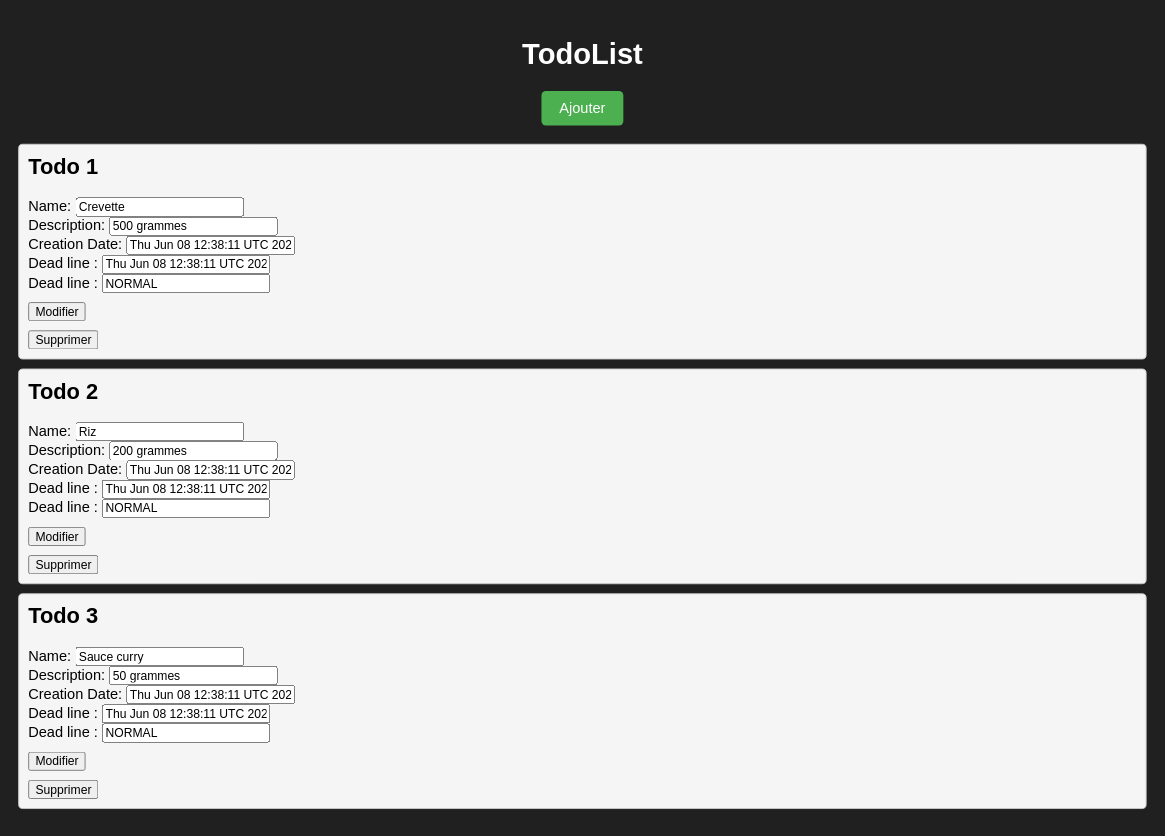
Repository: HugoGit-Hub/TodoList
Page: http://localhost/todo-list/TodoList
An editor plug-in stored every save of this project. The page is shown before and after the next save, followed by the edit.
The browser window is 1280 px wide. The pictures show the whole page, at 91% of full size.
The page is served by Tomcat 9.

Above is the page before, as saved 2023-06-08 17:17:34.

After the next save:
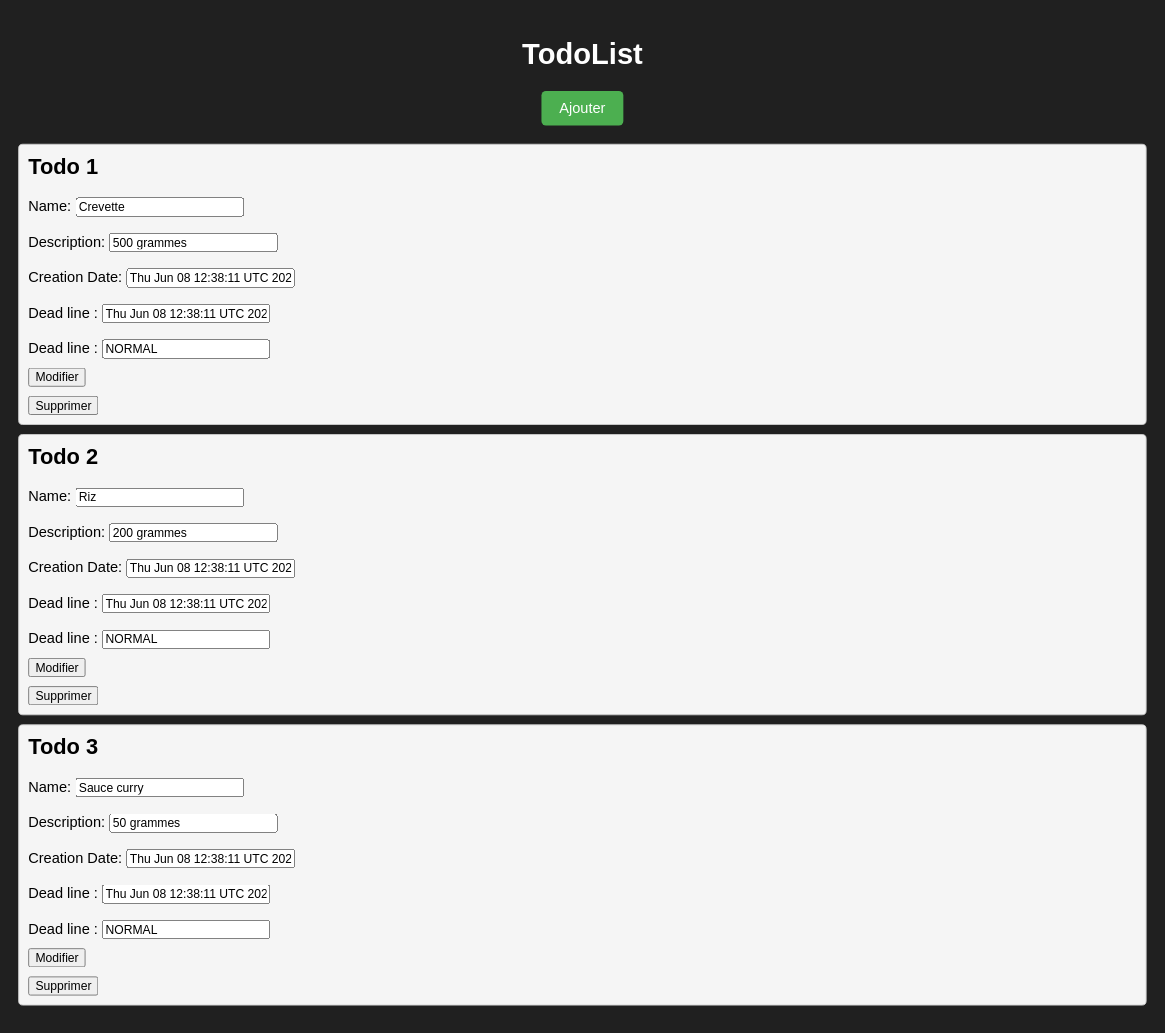
Saved 14 s later.
--- a/todo-list/src/main/webapp/jsp/todoList.jsp
+++ b/todo-list/src/main/webapp/jsp/todoList.jsp
@@ -29,16 +29,16 @@
 							<input type="text" id="id" name="id" value="${todo.getId()}" hidden="true">
 
 							<label for="name">Name:</label>
-							<input type="text" id="name" name="name" value="${todo.getName()}"><br/>
+							<input type="text" id="name" name="name" value="${todo.getName()}"><br/><br/>
 
 					 		<label for="description">Description:</label>
-							<input type="text" id="description" name="description" value="${todo.getDescription()}"><br/>
+							<input type="text" id="description" name="description" value="${todo.getDescription()}"><br/><br/>
 
 							<label for="creationDate">Creation Date:</label>
-							<input type="text" id="creationDate" name="creationDate" value="${todo.getCreationDate()}"><br/>
+							<input type="text" id="creationDate" name="creationDate" value="${todo.getCreationDate()}"><br/><br/>
 
 							<label for="deadLine">Dead line :</label>
-							<input type="text" id="deadLine" name="deadLine" value="${todo.getDeadLine()}"><br/>
+							<input type="text" id="deadLine" name="deadLine" value="${todo.getDeadLine()}"><br/><br/>
 
 							<label for="priority">Dead line :</label>
 							<input type="text" id="priority" name="priority" value="${todo.getPriority()}">
